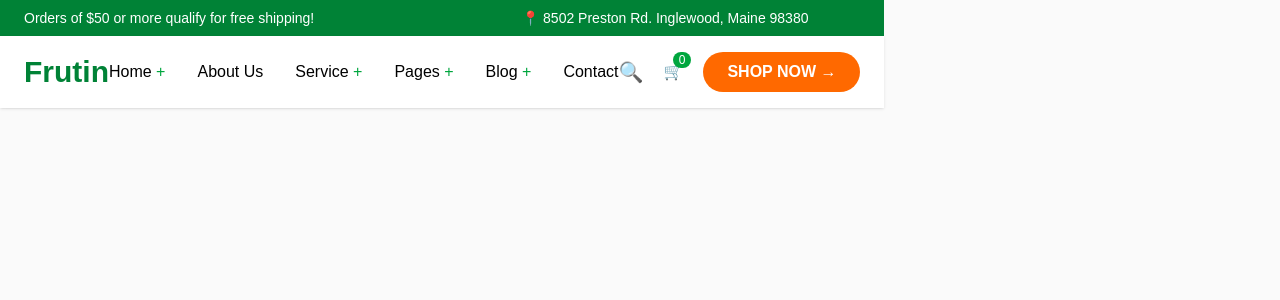
Repository: sawon687/Ass-scic-9-Ecomerce-Project
Page: /
These files come from the project's save history. The page is drawn as it stood at one moment and after a run of saves; the edit follows.
The browser window is 1280 px wide. The pictures show the whole page.
The project was rebuilt for these pictures with package versions that can differ from the ones it lists, and the page was loaded fresh each time. The framework's server and built-in components were replaced by stand-ins that run in the browser. Also part of the build but not shown: next.config.mjs.

Above is the page before, as saved 2026-01-13 22:47:54.

After the next 5 saves:
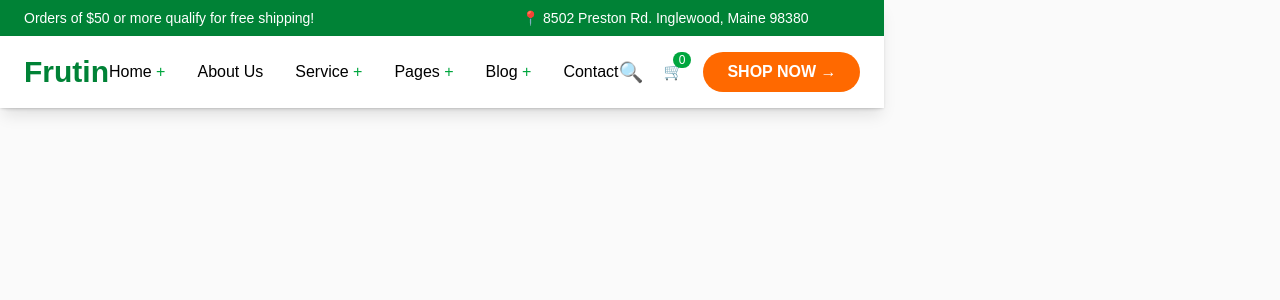
The 5 saves are shown as one change because they came seconds apart.
The last was saved 37 s later.
--- a/src/app/Components/Navbar/Navbar.jsx
+++ b/src/app/Components/Navbar/Navbar.jsx
@@ -2,7 +2,7 @@
 
 const Navbar = () => {
     return (
-        <div className='fixed'>
+        <div className='fixed shadow-lg'>
            {/* <!-- TOP INFO BAR --> */}
 <div class="bg-green-700 text-white text-sm">
   <div class="max-w-7xl mx-auto flex justify-between items-center px-6 py-2">
